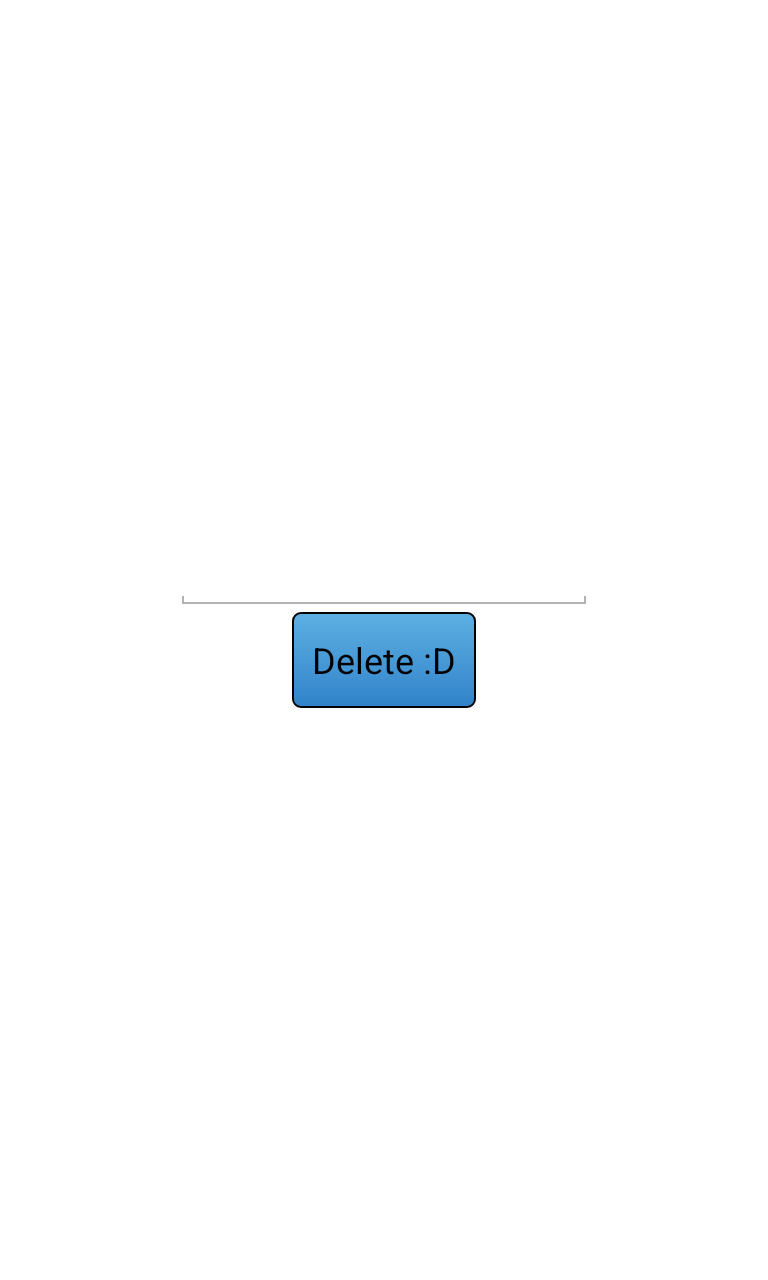
Repository: ArisKots1992/Software-Development
Layout: Anaptiksi Logismikou/Anaptiksi Logismikou/AdminClientApplication/res/layout/third_tab.xml
These files come from the project's save history. The layout is drawn as it stood at one moment and after the next save; the edit follows.
It is drawn on a 768 x 1280 px phone screen (xhdpi) without system bars, with theme AppTheme; the app's code is not run.

Above is the layout before, as saved 2015-01-19 16:55:02.

After the next save:
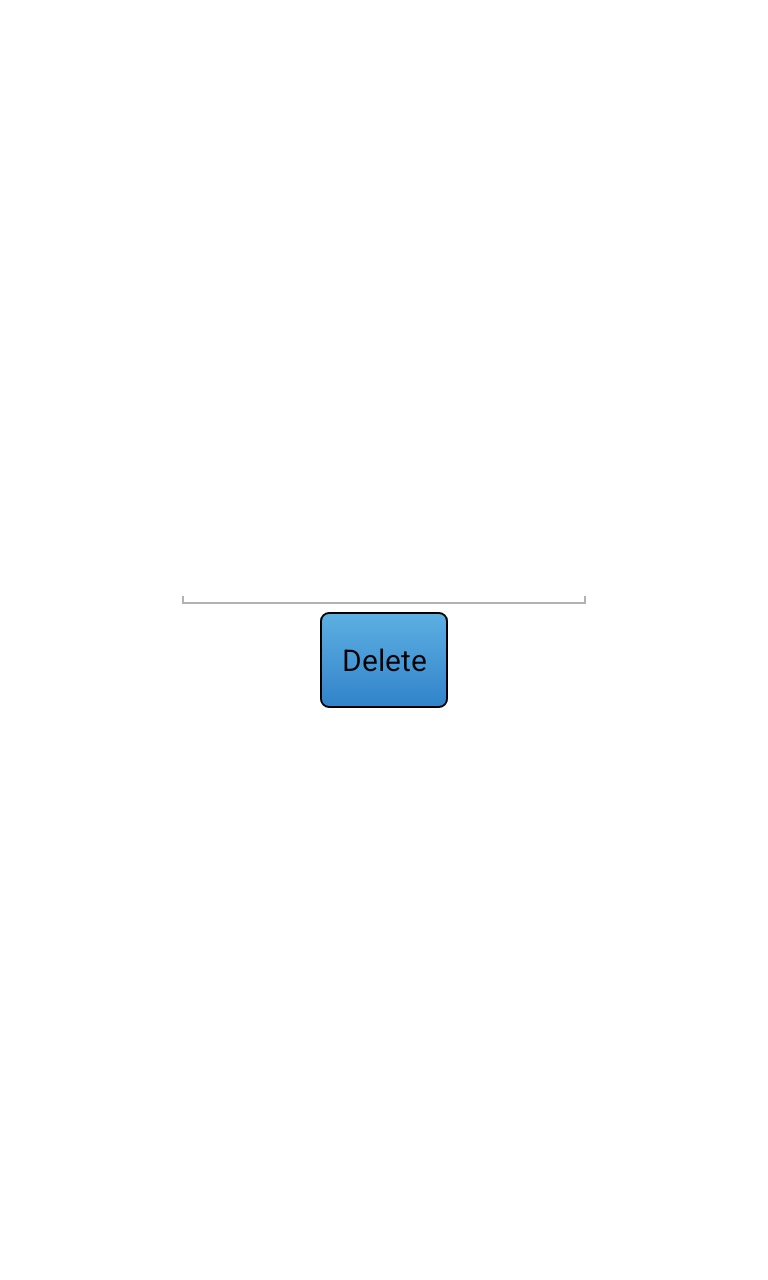
Saved 17 min 6 s later.
--- a/Anaptiksi Logismikou/Anaptiksi Logismikou/AdminClientApplication/res/layout/third_tab.xml
+++ b/Anaptiksi Logismikou/Anaptiksi Logismikou/AdminClientApplication/res/layout/third_tab.xml
@@ -16,7 +16,8 @@
         android:id="@+id/delete_button"
         android:layout_width="wrap_content"
         android:layout_height="wrap_content"
-        android:text="Delete :D"
+        android:text="Delete"
+        android:textSize="15sp"
         android:background="@drawable/custom_button" />
     <TextView
         android:id="@+id/responseText"
